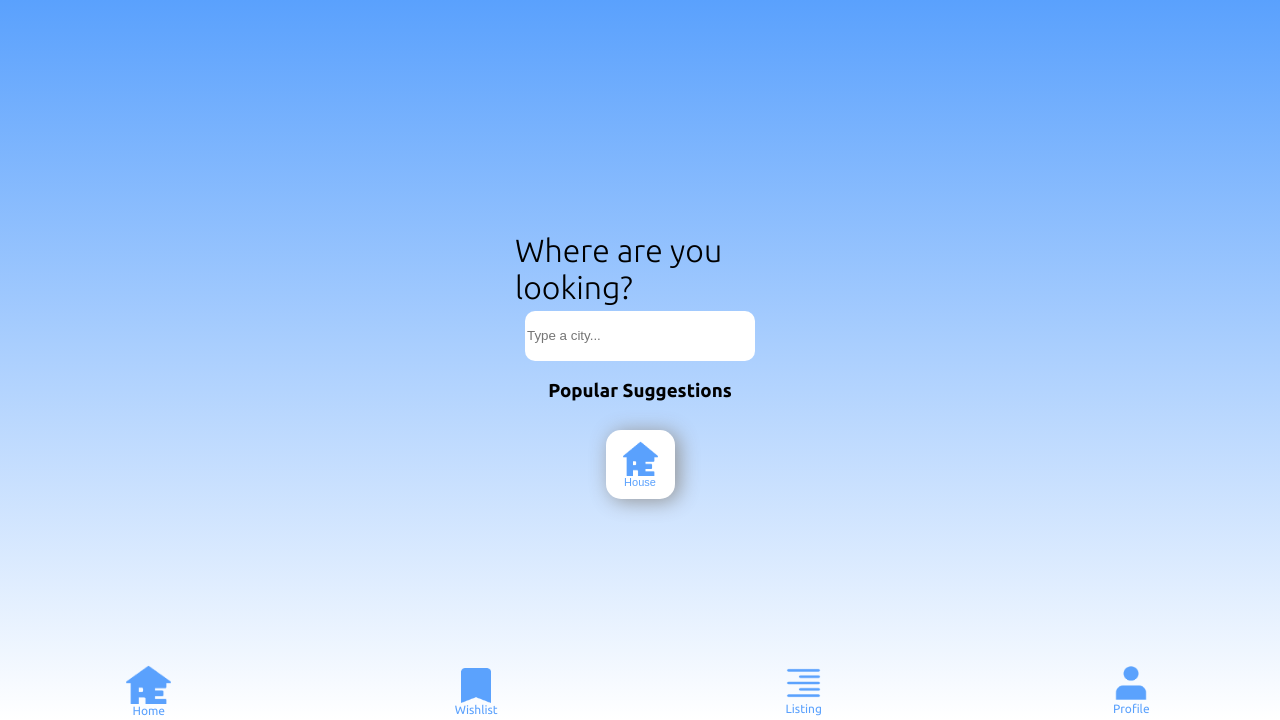
Repository: msyukurrr/realeasy
Page: /listing
An editor plug-in stored every save of this project. The page is shown before and after the next save, followed by the edit.
The browser window is 1280 px wide. The pictures show the whole page.
The project was rebuilt for these pictures with package versions that can differ from the ones it lists, and the page was loaded fresh each time. The framework's server and built-in components were replaced by stand-ins that run in the browser. Also part of the build but not shown: next.config.js.

Above is the page before, as saved 2023-01-27 20:11:17.

After the next save:
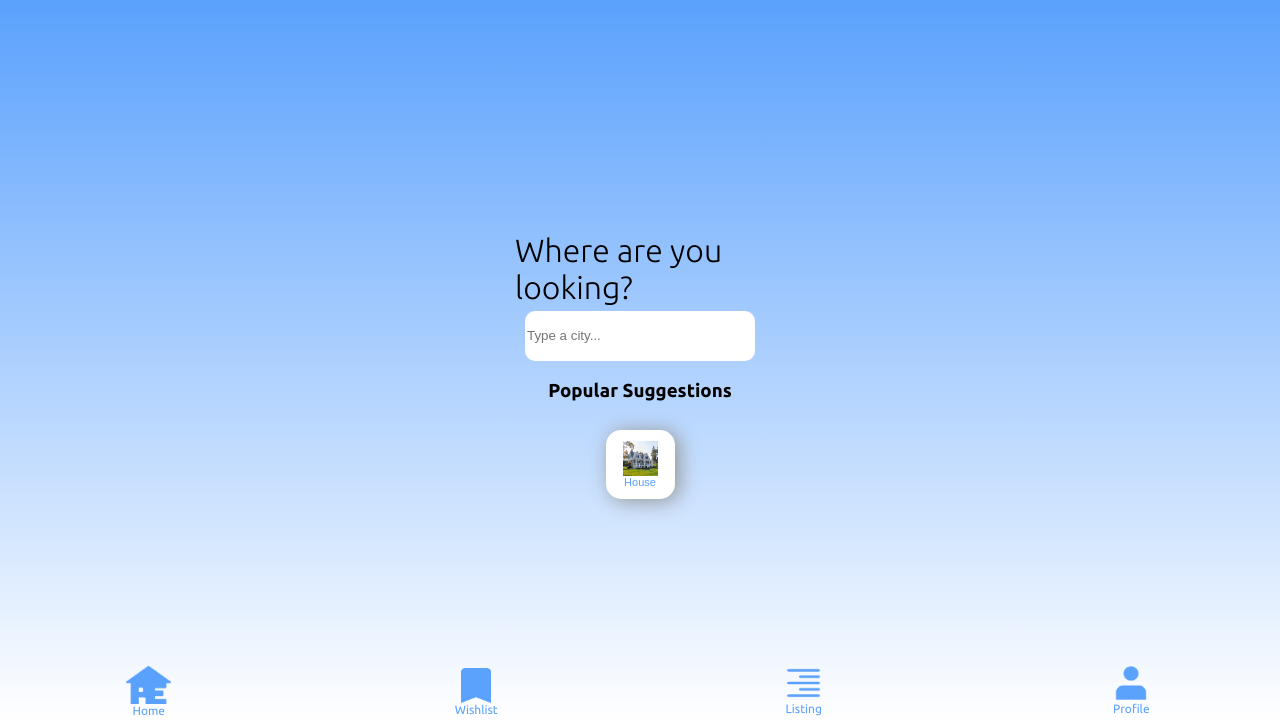
Saved 10 s later.
--- a/pages/listing.js
+++ b/pages/listing.js
@@ -14,7 +14,7 @@ export default function Listing(){
 
         <h3>Popular Suggestions</h3>
 
-        <MainButton />
+        <MainButton src="house.png"/>
 
 
 
